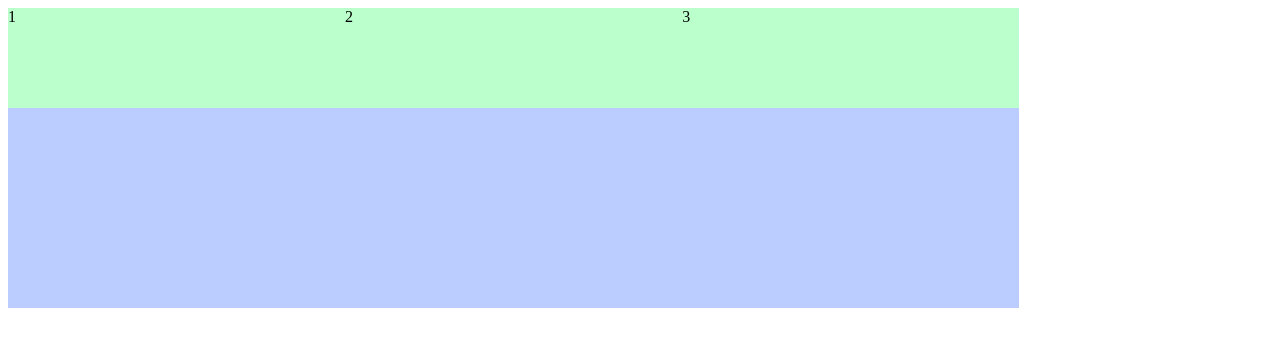
Repository: liutian97/learn1
Page: 移动端web开发/代码/2. Flex 伸缩布局/02-flex主轴方向.html
These files come from the project's save history. The page is drawn as it stood at one moment and after the next save; the edit follows.
The browser window is 1280 px wide. The pictures show the whole page.

Above is the page before, as saved 2022-07-02 16:30:55.

After the next save:
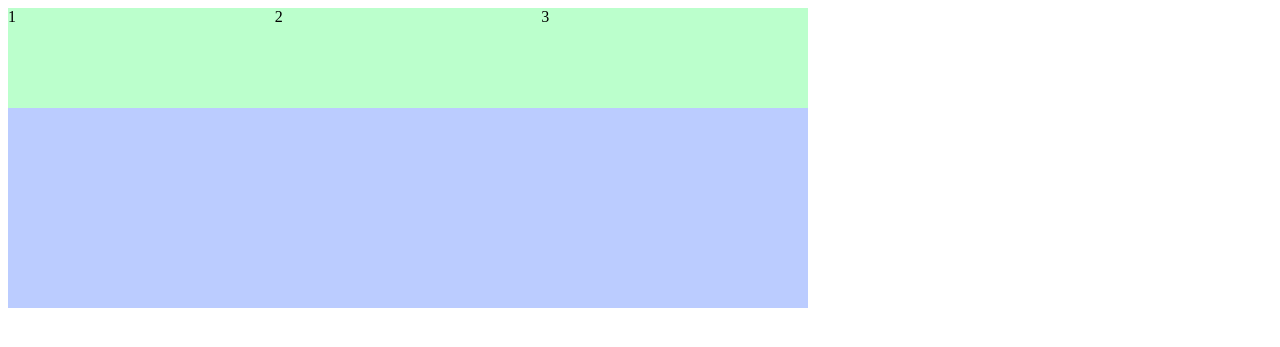
Saved 13 s later.
--- a/移动端web开发/代码/2. Flex 伸缩布局/02-flex主轴方向.html
+++ b/移动端web开发/代码/2. Flex 伸缩布局/02-flex主轴方向.html
@@ -8,7 +8,7 @@
   <title>Document</title>
   <style>
     div {
-      width: 80%;
+      width: 800px;
       height: 300px;
       background-color: #bcf;
       display: flex;
